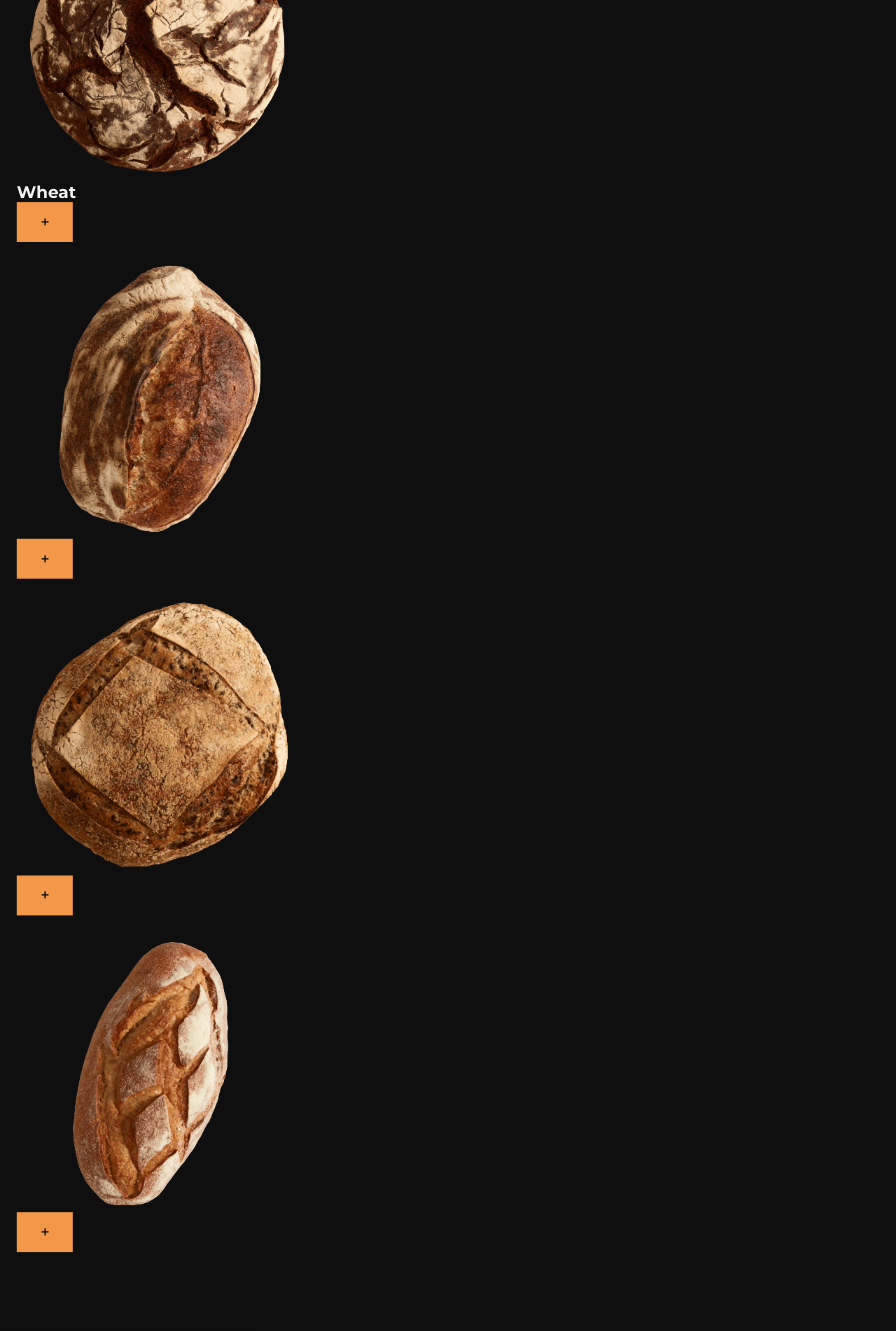
Repository: dinhhaidh/Bakery-web
Page: index.html
The author's editor kept a copy of each file at every save. The page is drawn from the files as they stood at one save, then again after the next save.
The browser window is 1280 px wide. The pictures show the part of the page from y = 4024 to 5944 px (the page is 5925 px tall before and 5944 px after), at 70% of full size.
Some web libraries are served in a nearby version.

Above is the page before, as saved 2024-01-16 10:53:26.

After the next save:
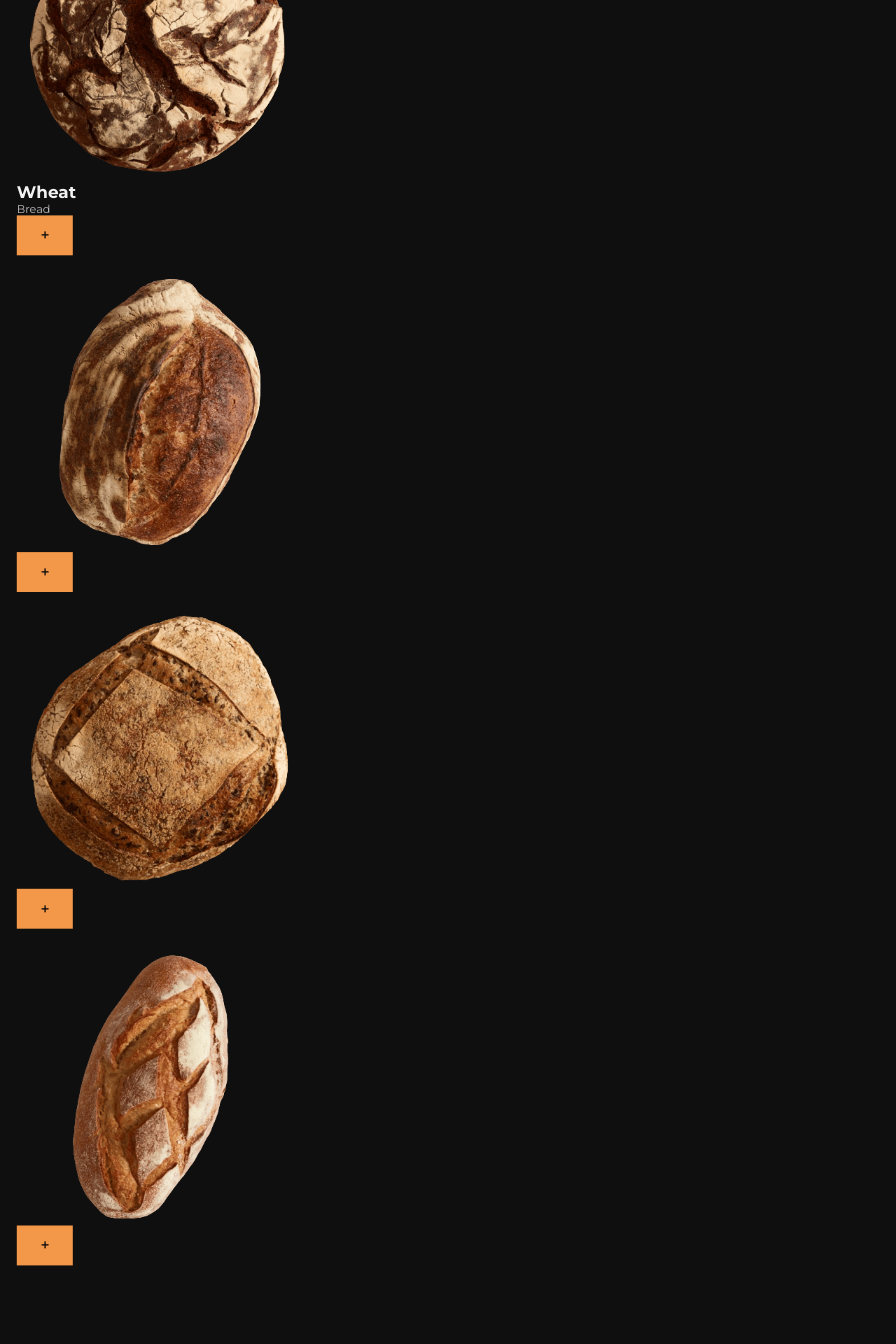
Saved 8 s later.
--- a/index.html
+++ b/index.html
@@ -178,7 +178,7 @@
                 <img src="./img/favorite-bread-2.png" alt="image" class="favorite__img">
                 <div class="favorite__data">
                     <h2 class="favorite__title">Wheat</h2>
-                    <span class="favorite__subtitle"></span>
+                    <span class="favorite__subtitle">Bread</span>
                     <h3 class="favorite__price"></h3>
                 </div>
                 <button class="favorite__button button">
